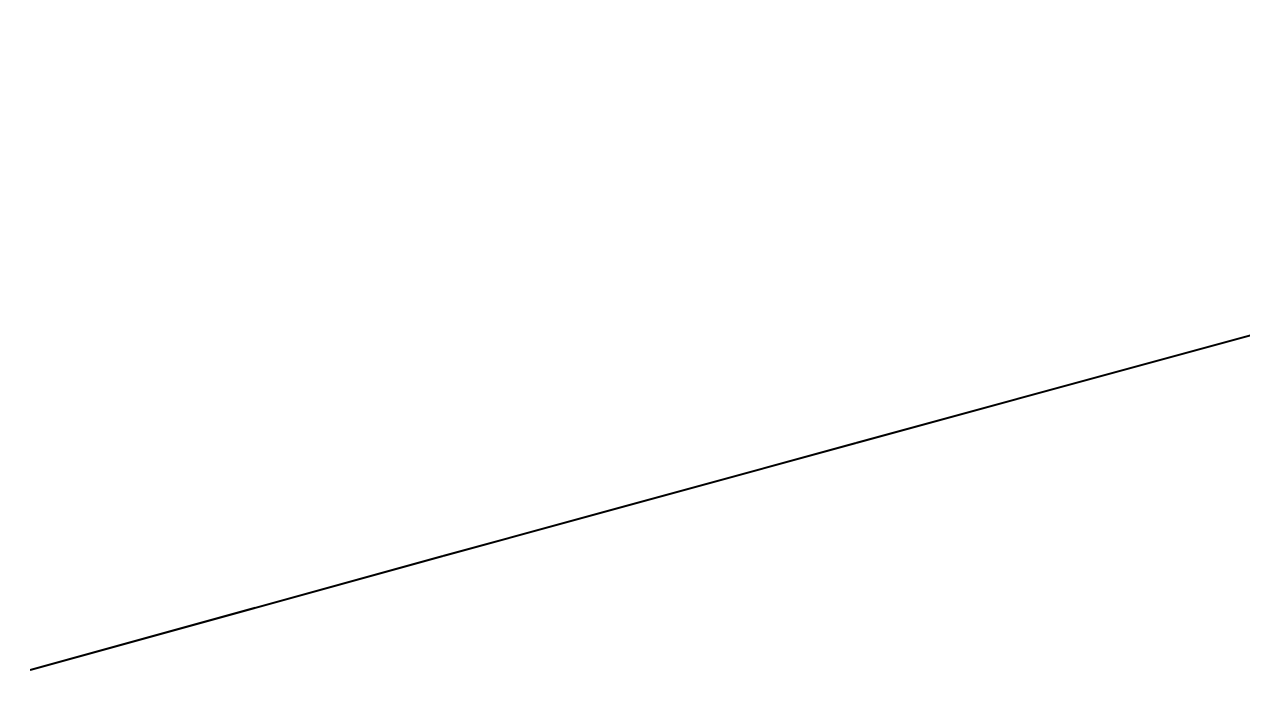
Repository: alinlinbo/yanling-resume-site
Page: svg.html
These files come from the project's save history. The page is drawn as it stood at one moment and after the next save; the edit follows.
The browser window is 1280 px wide. The pictures show the whole page.

Above is the page before, as saved 2023-09-21 21:20:40.

After the next save:
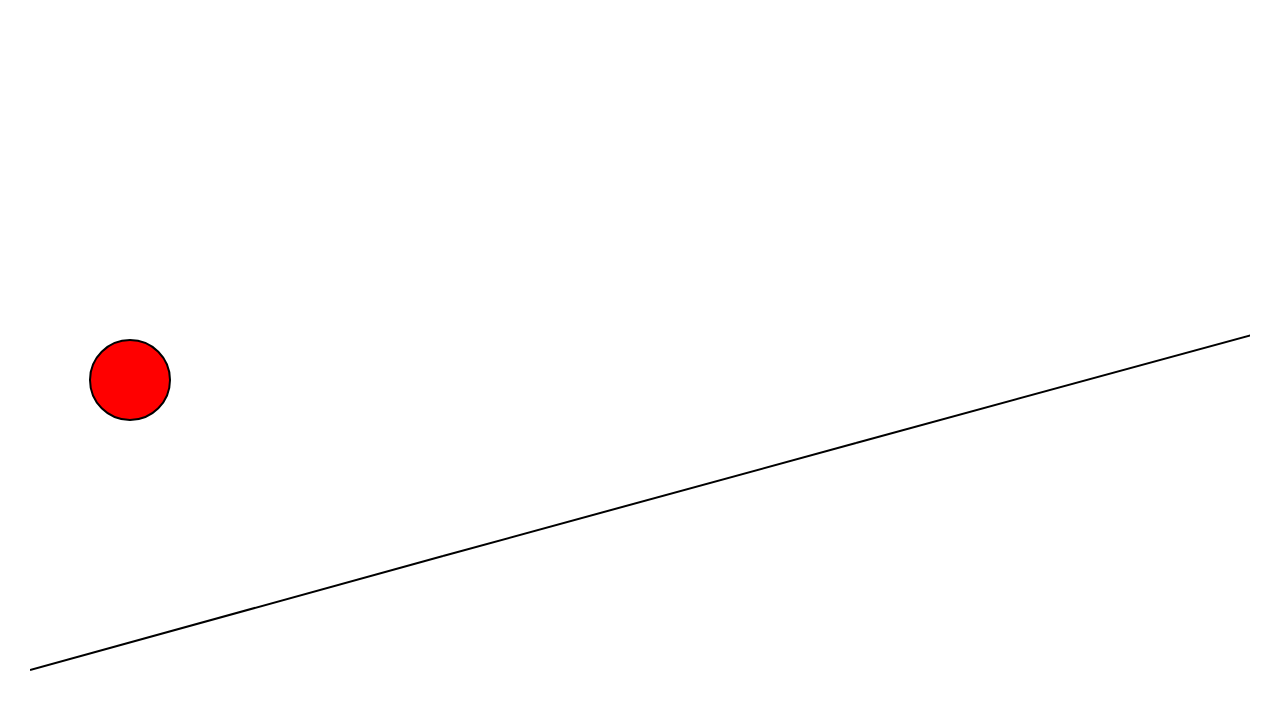
Saved 9 min 6 s later.
--- a/svg.html
+++ b/svg.html
@@ -49,6 +49,7 @@
             <path id="line2" d="" stroke="black" stroke-width="2" fill="none" />
             <path id="line3" d="" stroke="black" stroke-width="2" fill="none" />
             <!-- 两个间隔小圆点 -->
+            <circle cx="100" cy="50" r="40" stroke="black" stroke-width="2" fill="red" />
         </svg>
     </div>
     <script>
@@ -61,21 +62,21 @@
         const vh = window.innerHeight - 40;
         console.log(vw)
         let d1W = Math.floor(vw / 3),
-            d2W = Math.floor(vw*2 / 3)
-            d3W = Math.floor(vw)
+            d2W = Math.floor(vw * 2 / 3)
+        d3W = Math.floor(vw)
         let d1H = Math.floor(vh * 0.5 * 2 / 3)
-            d2H = Math.floor(vh * 0.5 /3)
+        d2H = Math.floor(vh * 0.5 / 3)
         console.log(d1H, d2H)
         line.setAttribute('d', `M 0 ${vh * 0.5} L ${d1W} ${d1H}`)
 
-        setTimeout(()=>{
+        setTimeout(() => {
             line2.classList.add('line')
             line2.setAttribute('d', `M ${d1W} ${d1H} L ${d2W} ${d2H}`)
-        },900)
-        setTimeout(()=>{
+        }, 900)
+        setTimeout(() => {
             line3.classList.add('line')
             line3.setAttribute('d', `M ${d2W} ${d2H} L ${d3W} 0`)
-        },1800)
+        }, 1800)
     </script>
 </body>
 
